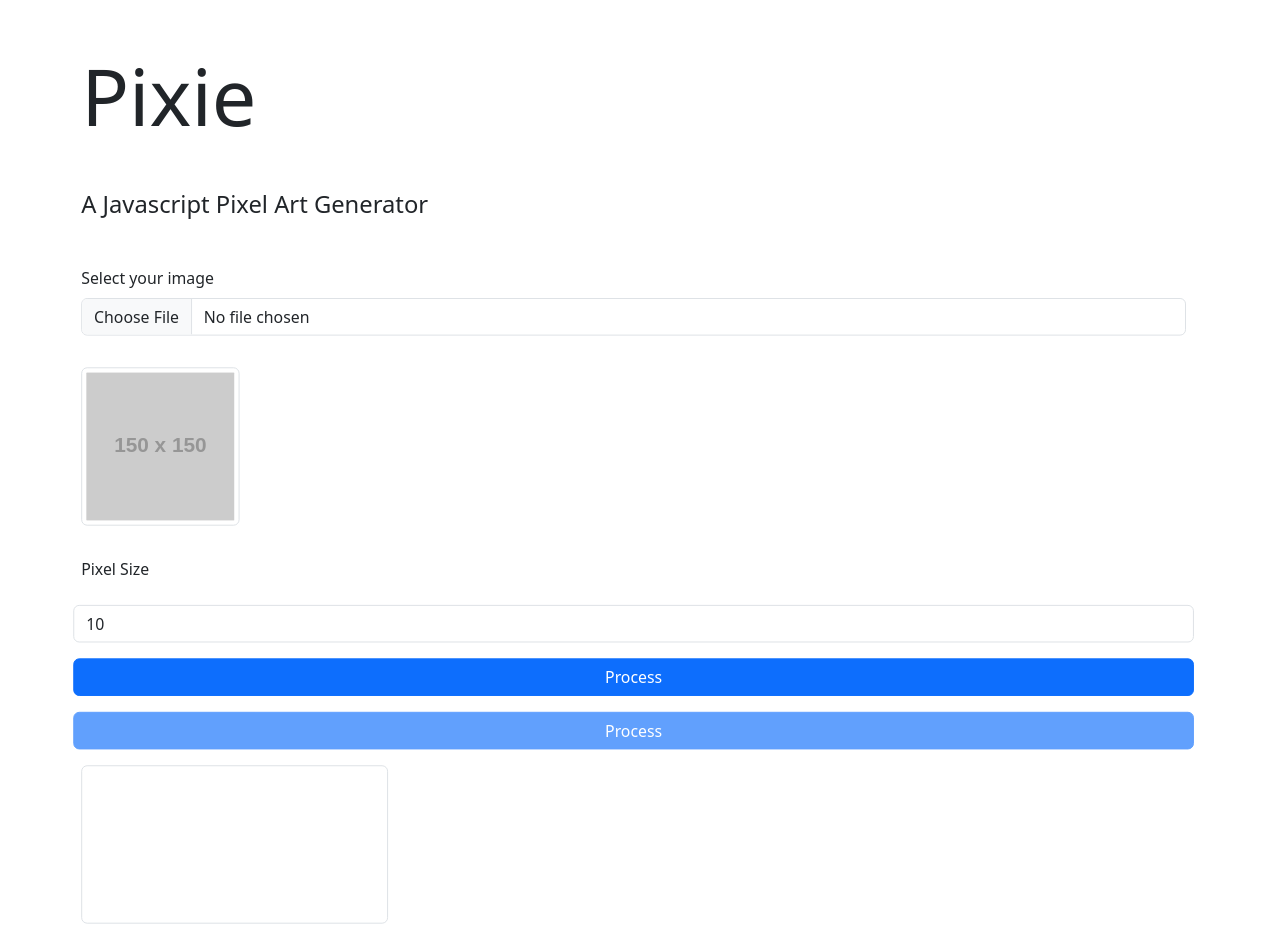
Repository: BigEmperor26/Pixie
Page: index.html
An editor plug-in stored every save of this project. The page is shown before and after the next save, followed by the edit.
The browser window is 1280 px wide. The pictures show the whole page, at 99% of full size.

Above is the page before, as saved 2023-12-08 15:57:42.
Console error: ReferenceError: onOpenCvReady is not defined

After the next save:
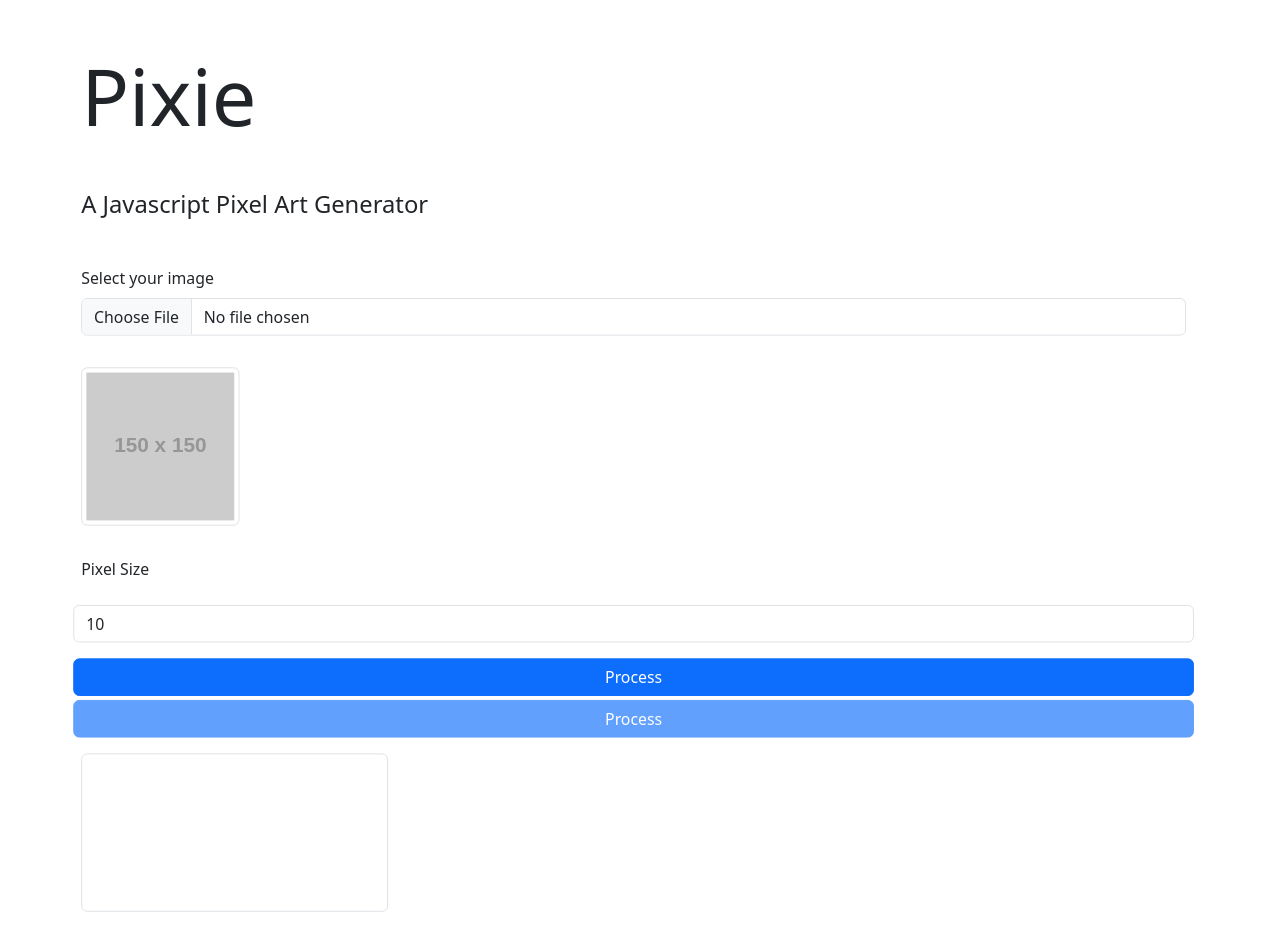
Saved 11 s later.
--- a/index.html
+++ b/index.html
@@ -22,7 +22,7 @@
         <label for="exampleFormControlInput1" class="form-label">Pixel Size</label>
         <input type="text" class="form-control" id="exampleFormControlInput1" placeholder="10" value="10" required>
         <button type="submit" class="btn btn-primary" id="processButton">Process</button>
-        <button type="submit" class="btn btn-primary disabled" id="processButton">Process</button>
+        <button type="submit" class="btn btn-primary disabled invalid-feedback" id="processButton">Process</button>
     </form>
   <!-- Content here -->
     <div class="my-3">

After the save that followed:
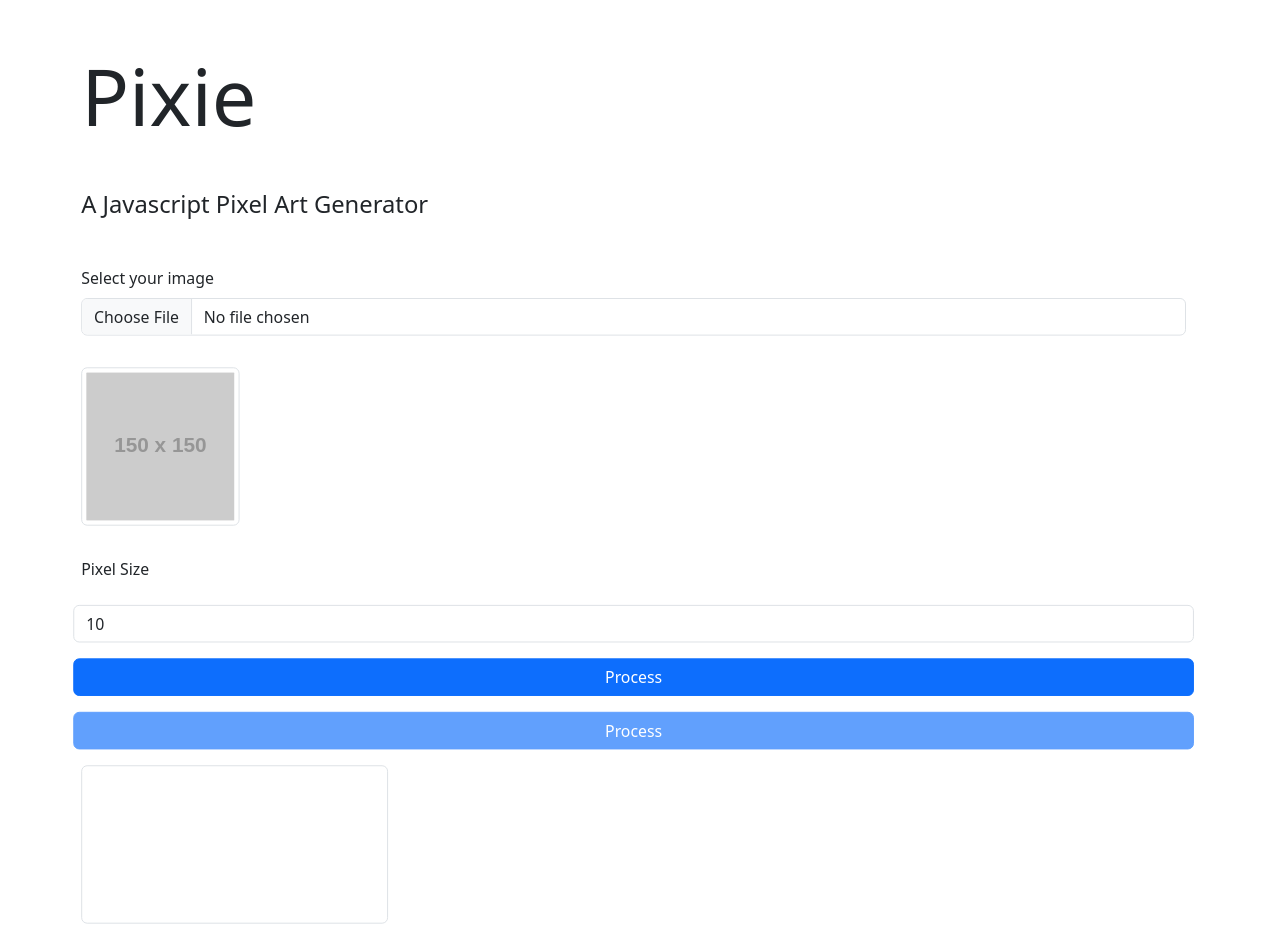
Saved 34 s later.
--- a/index.html
+++ b/index.html
@@ -22,7 +22,7 @@
         <label for="exampleFormControlInput1" class="form-label">Pixel Size</label>
         <input type="text" class="form-control" id="exampleFormControlInput1" placeholder="10" value="10" required>
         <button type="submit" class="btn btn-primary" id="processButton">Process</button>
-        <button type="submit" class="btn btn-primary disabled invalid-feedback" id="processButton">Process</button>
+        <button type="submit" class="btn btn-primary disabled " id="processButton">Process</button>
     </form>
   <!-- Content here -->
     <div class="my-3">
